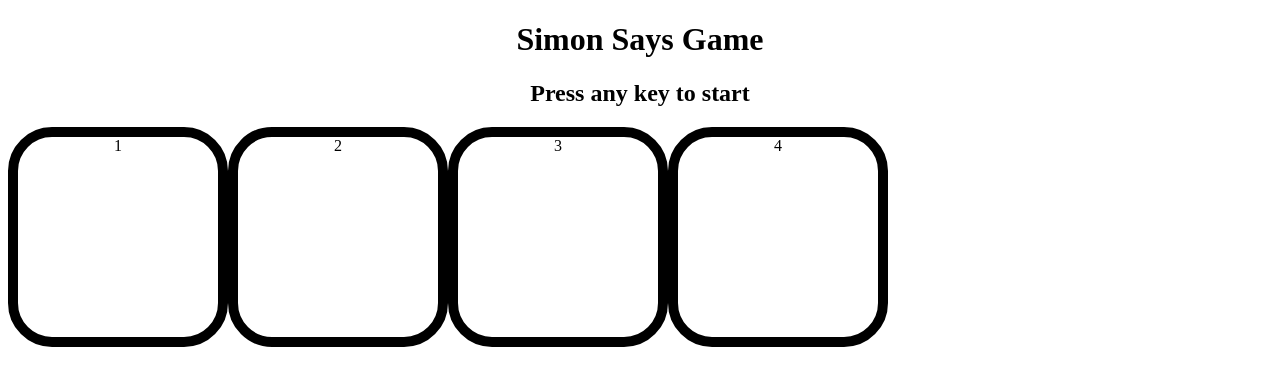
Repository: Manish-tomar-aligarh/Simon-Says-Game
Page: index.html
An editor plug-in stored every save of this project. The page is shown before and after the next save, followed by the edit.
The browser window is 1280 px wide. The pictures show the whole page.

Above is the page before, as saved 2025-05-25 11:25:36.

### index.html
<!DOCTYPE html>
<html lang="en">
<head>
    <meta charset="UTF-8">
    <meta name="viewport" content="width=device-width, initial-scale=1.0">
    <title>Simon Says Game</title>
    <link rel="stylesheet" href="style.css">
</head>
<body>
    <h1>Simon Says Game</h1>
    <h2>Press any key to start</h2>

    <div class="box-container">
        <div class="btn">1</div>
        <div class="btn">2</div>
        <div class="btn">3</div>
        <div class="btn">4</div>
    </div>

    <script src="app.js"></script>

</body>
</html>

### style.css
body{
    text-align: center;
}

.btn{
    height:200px;
    width:200px;
    border-radius: 20%;
    border : 10px solid black;
}

.box-container{
    display:flex;
}

Loaded but not shown: app.js (no copy from this time; the picture is the same without it)

After the next save:
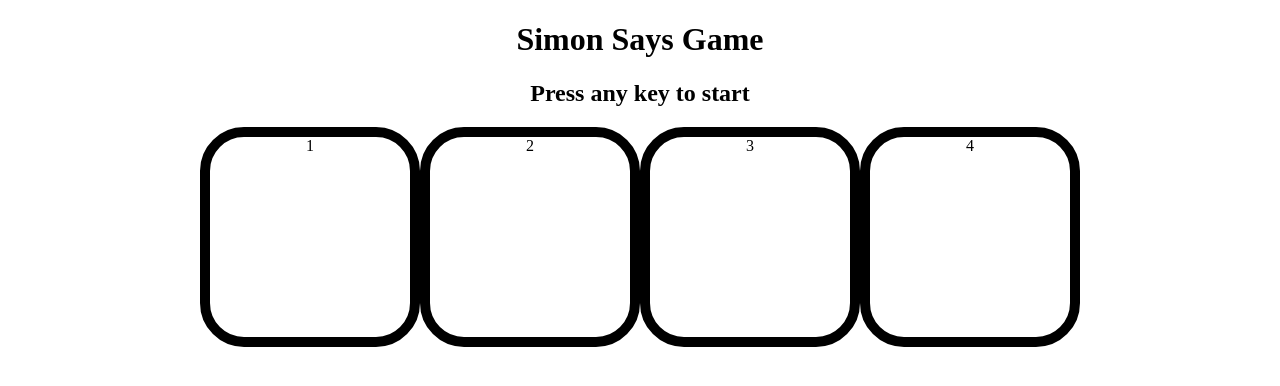
Saved 42 s later.
--- a/style.css
+++ b/style.css
@@ -11,4 +11,5 @@
 
 .box-container{
     display:flex;
+    justify-content: center;;
 }
